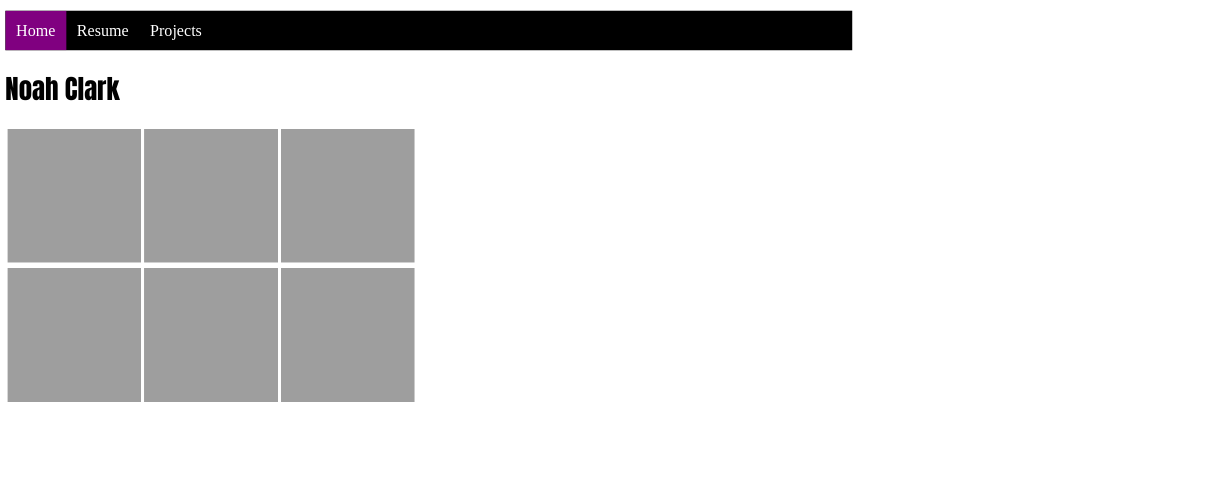
Repository: Artlepop/Artlepop.github.io
Page: index.html
The author's editor kept a record of every edit. The page is drawn from the files as they stood at one moment, then again after the next edit.
The browser window is 1280 px wide. The page is 1280 px wide, then 1828 px, so the pictures cover 1828 px, including what lies to the right of the window. The pictures show the whole page, at 67% of full size.
Pictures or frames that could not be fetched are drawn as grey boxes.

Above is the page before.

After the next edit:
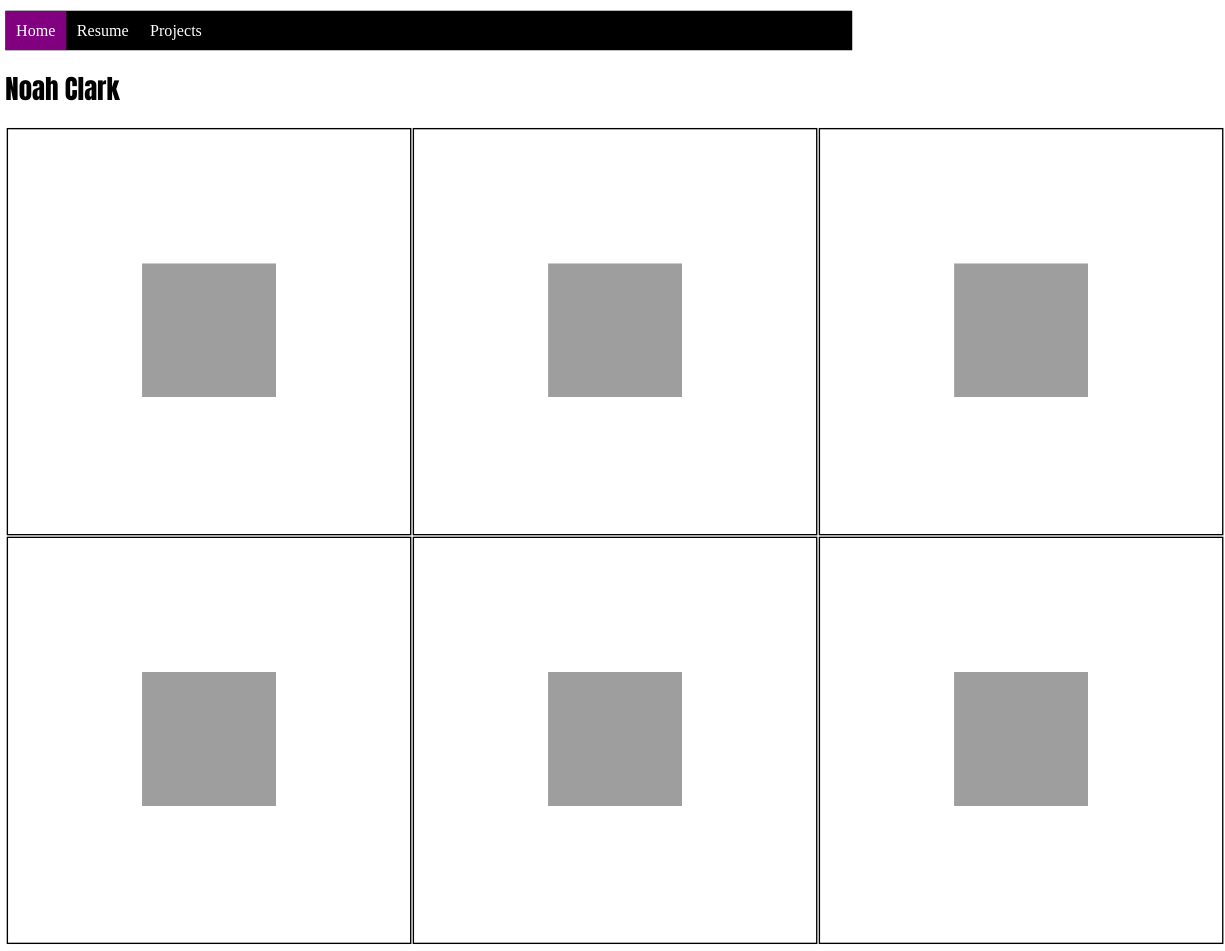
The edit:
--- a/index.html
+++ b/index.html
@@ -5,7 +5,8 @@
   <link rel="stylesheet" type="text/css" href="style.css">
   <style>
     .imagetable td{
-
+      border: 2px solid black;
+      padding: 200px;
     }
 
     .imagetable img{
